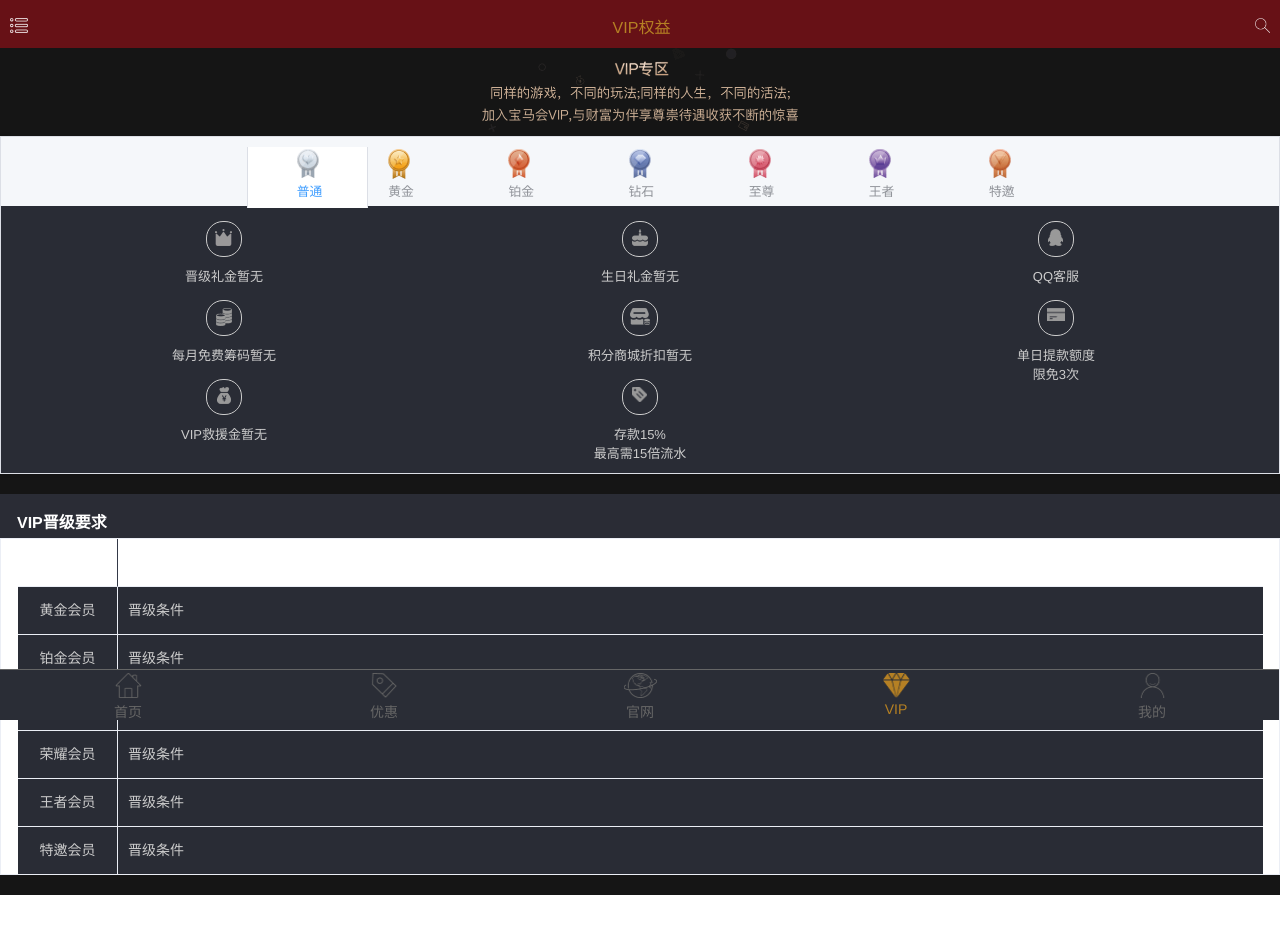
Repository: ada6688/IntegralMall
Page: /Vip
The author's editor kept a copy of each file at every save. The page is drawn from the files as they stood at one save, then again after the next save.
The browser window is 1280 px wide. The pictures show the whole page.
The project was rebuilt for these pictures with package versions that can differ from the ones it lists, and the page was loaded fresh each time. Also part of the build but not shown: src/components/common/Topnav.vue, src/components/page/notice.vue, src/components/page/MainNav.vue, src/components/page/Member.vue, src/components/page/Youhui.vue, src/router/index.js.

Above is the page before, as saved 2020-01-02 17:57:30.

### index.html
<!DOCTYPE html>
<html>
  <head>
    <meta charset="utf-8">
    <meta name="viewport" content="width=device-width,initial-scale=1.0">
    <title>integralmall</title>
  </head>
  <body>
    <div id="app"></div>
    <!-- built files will be auto injected -->
  </body>
</html>

### src/main.js
// The Vue build version to load with the `import` command
// (runtime-only or standalone) has been set in webpack.base.conf with an alias.
import Vue from 'vue'
import App from './App'
import router from './router'
import ElementUI from 'element-ui'
import 'element-ui/lib/theme-chalk/index.css'
import {Cell, CellGroup, Tabbar, TabbarItem, PullRefresh, Stepper, Tab, Tabs, Button, Row, Col, Swipe, SwipeItem, Lazyload, List, Field, NavBar} from 'vant'
import '../src/assets/css/common.css'
import '../src/assets/css/index.css'
import 'swiper/dist/css/swiper.css'
import VueAwesomeSwiper from 'vue-awesome-swiper'
// import BScroll from 'better-scroll'

// Vue.use(BScroll)
Vue.use(VueAwesomeSwiper)
Vue.use(ElementUI)
Vue.use(Cell).use(CellGroup).use(Tabbar).use(TabbarItem).use(Stepper).use(PullRefresh).use(Tab).use(Tabs).use(Field).use(NavBar).use(Button).use(Row).use(Col).use(Swipe).use(SwipeItem).use(Lazyload).use(List)

Vue.config.productionTip = false

/* eslint-disable no-new */
new Vue({
  el: '#app',
  router,
  components: {
    App
  },
  template: '<App/>'
})
// router.beforeEach((to, from, next) => {
//   console.log(to.meta.title)
//   if (to.meta.title) {
//     document.getElementById('top-logo-change').innerHTML = to.meta.title
//     // document.title = to.meta.title
//   }
//   next()
// })

### src/assets/css/common.css
body,p,ul{
  margin: 0;
  padding: 0;
}
li{
  list-style: none;
}
/* 顶部栏 */
.top-nav{
  width: 100%;
  height: 3rem;
  line-height: 3.5rem;
  background-color: #671116;
  position: fixed;
  top: 0;
  z-index: 99;
}
.top-nav > div{
  display: inline-block;
  height: 100%;
}
.top-nav-left{
  float: left;
  margin-left: 10px;
}
.top-nav-right{
  float: right;
  margin-right: 10px;
}
.banner-item > img{
  width: 100%;
}
.swiper-container{
  height: 7.28rem;
}
.top-nav-t{
  color: #B58024;
}
.main-wrap{
  margin-top: 3rem;
  margin-bottom: 2.3rem;
  background: #151515;
}
/* 公告 */
.Notice-sign{
  width: 2rem;
  height: 100%;
  background: url('../images/topnav/lb.png') center no-repeat;
  float: left;
  box-shadow: 1px 0px 5px rgba(0,0,0,0.8);
}
.Notice-textBox {
  width: 100%;
  height: 1.3rem;
  line-height: 1.3rem;
  font-size: .5rem;
  color: #999999;
  background: #2A2D36;
  overflow: hidden;
  position: relative;
  text-align: left;
  z-index: 9;
}
.Notice-text {
  width: 100%;
  padding-left: 42px;
  position: absolute;
  bottom: 0;
}
.slide-enter-active, .slide-leave-active {
  transition: all 0.5s linear;
}
.slide-enter{
  transform: translateY(20px) scale(1);
  opacity: 1;
}
.slide-leave-to {
  transform: translateY(-20px) scale(0.8);
  opacity: 0;
}
/* 底部导航 */
.bottom-tab{
  width:100%;
  height:3.125rem;
  background-color:#2A2D36;
  border-top: 1px solid #656666;
  position: fixed;
  left:0px;
  bottom:0px;
}
.tab-item{
  width: 20%;
  float: left;
  align-items:center;
  justify-content:center;
  font-size:14px;
  color:#666;
  z-index: 999;
}
.NavSigh{
    width:33px;
    margin-top:3px;
}
.on{
  color:#b58023;
}

### src/assets/css/index.css
/****************** 首页商品 *****************/
.products-item{
  width: 45.9%;
  height: 100px;
  padding-right: 3.9%;
  border-right: 1px solid #161616;
  border-bottom: 1px solid #161616;
  background: #292C35;
  float: left;
}
.products-item-even{
  width: 45.9%;
  height: 100px;
  border-bottom: 1px solid #161616;
  background: #292C35;
  padding-left: 3.9%;
  float: left;
}
.product-item-text{
  width: 50%;
  height: 70px;
  color: #ffffff;
  margin-top: 15px;
  float: left;
  text-align: left;
}
.product-item-text p{
  height: 43px;
  font-size: 15px;
  margin-bottom: 5px;
  display: -webkit-box;/*作为弹性伸缩盒子模型显示*/
  -webkit-line-clamp: 2; /*显示的行数；如果要设置2行加...则设置为2*/
  overflow: hidden; /*超出的文本隐藏*/
  text-overflow: ellipsis; /* 溢出用省略号*/
  -webkit-box-orient: vertical;
}
.product-item-text span{
  color: #B58024;
  font-size: 13px;
}
.product-item-img{
  width: 50%;
  height: 100px;
  display: table-cell;
  vertical-align: middle;
  /* float: left; */
}
.product-item-img img{
  max-width: 100%;
}
/******************* VIP *******************/
.level-welfare-wrap, .level-require-wrap{
  padding-bottom: 20px;
}
.VipTop-level-sign{
  display: inline-block;
}
.VipTop-level-text{
  position: absolute;
  bottom: -5px;
}
.vip-level-wrap ul li{
  float: left;
  width: 33.33%;
  height: 79px;
}
.vip-level-wrap ul div{
  width: 34px;
  height: 34px;
  border: 1px solid #CCCCCC;
  border-radius: 17px;
  margin-bottom: 9px;
  display: inline-block;
  vertical-align: middle;
}
.vip-level-wrap ul img{
  margin-top: 7px;
}
.vip-level-wrap ul li>p{
  color: #CCCCCC;
  font-size: 13px;
}
.Vip-level-T{
  color: #ffffff;
  font-size: 16px;
  font-weight: bold;
  text-align: left;
  padding: 15px 0 5px 17px;
  background: #2A2C35;
}

### src/components/common/Bottomnav.vue
<template>
  <div>
    <div class="bottom-tab">
      <div class="tab-item" @click="switchTo('/shouye')">
        <img class="NavSigh" :src="'/shouye' === $route.path ? tabBarImgArr[0].selected : tabBarImgArr[0].normal" alt="首页">
        <p :class="{on: '/shouye' === $route.path}">首页</p>
      </div>
      <div class="tab-item" @click="switchTo('/Youhui')">
        <img class="NavSigh" :src="'/Youhui' === $route.path ? tabBarImgArr[1].selected : tabBarImgArr[1].normal" alt="推荐">
        <p :class="{on: '/Youhui' === $route.path}">优惠</p>
      </div>
      <div class="tab-item">
        <img class="NavSigh" :src="'/' === $route.path ? tabBarImgArr[2].selected : tabBarImgArr[2].normal" alt="搜索">
        <p :class="{on: '/' === $route.path}">官网</p>
      </div>
      <div class="tab-item" @click="switchTo('/Vip')">
        <img class="NavSigh" :src="'/Vip' === $route.path ? tabBarImgArr[3].selected : tabBarImgArr[3].normal" alt="聊天">
        <p :class="{on: '/Vip' === $route.path}">VIP</p>
      </div>
      <div class="tab-item" @click="switchTo('/Member')">
        <img class="NavSigh" :src="'/Member' === $route.path ? tabBarImgArr[4].selected : tabBarImgArr[4].normal" alt="我的">
        <p :class="{on: '/Member' === $route.path}">我的</p>
      </div>
    </div>
  </div>
</template>
<script>
export default {
  data () {
    return {
      tabBarImgArr: [
        {normal: require('../../assets/images/navLogo/sy_x.png'), selected: require('../../assets/images/navLogo/sy.png')},
        {normal: require('../../assets/images/navLogo/yh_x.png'), selected: require('../../assets/images/navLogo/yh.png')},
        {normal: require('../../assets/images/navLogo/gw_x.png'), selected: require('../../assets/images/navLogo/gw.png')},
        {normal: require('../../assets/images/navLogo/zs_x.png'), selected: require('../../assets/images/navLogo/zs.png')},
        {normal: require('../../assets/images/navLogo/wd_x.png'), selected: require('../../assets/images/navLogo/wd.png')}
      ]
    }
  },
  methods: {
    switchTo (path) {
      this.$router.replace(path)
    }
  }
}
</script>
<style>

</style>

### src/components/page/shouye.vue
<template>
  <div>
      <TopNav></TopNav>
      <div class="main-wrap shouye-contain">
        <!-- banner -->
        <swiper :options="swiperOption" ref="mySwiper">
          <!-- slides -->
          <swiper-slide>
            <div class="banner-item">
              <img src="../../assets/images/banner/banner2.png" alt="">
            </div>
          </swiper-slide>
          <swiper-slide>
            <div class="banner-item">
              <img src="../../assets/images/banner/banner2_2.png" alt="">
            </div>
          </swiper-slide>
          <swiper-slide>
            <div class="banner-item">
              <img src="../../assets/images/banner/banner2_3.png" alt="">
            </div>
          </swiper-slide>
          <!-- Optional controls -->
          <!-- <div class="swiper-pagination" slot="pagination"></div> -->
          <!-- <div class="swiper-scrollbar index-banner-circle" slot="scrollbar"></div> -->
        </swiper>
        <!-- 滚动公告 -->
        <Notice></Notice>
        <!-- 推荐分类栏 -->
        <div class="recommend-wrap">
          <el-row>
            <el-tabs type="border-card">
              <el-tab-pane label="推荐">
                <div class="products-item">
                  <div class="product-item-text">
                    <p>商品详情商品详情商品详情商品详情商品详</p>
                    <span>72000积分</span>
                  </div>
                  <div class="product-item-img">
                    <img src="../../assets/images/products/bsbb.png" alt="">
                  </div>
                </div>
                <div class="products-item-even">
                  <div class="product-item-text">
                    <p>商品详情商品详情商品详情商品详情商品详</p>
                    <span>72000积分</span>
                  </div>
                  <div class="product-item-img">
                    <img src="../../assets/images/products/kh.png" alt="">
                  </div>
                </div>
                <div class="products-item">
                  <div class="product-item-text">
                    <p>商品详情商品详情商品详情商品详情商品详</p>
                    <span>72000积分</span>
                  </div>
                  <div class="product-item-img">
                    <img src="../../assets/images/products/lsbb.png" alt="">
                  </div>
                </div>
                <div class="products-item-even">
                  <div class="product-item-text">
                    <p>商品详情商品详情商品详情商品详情商品详</p>
                    <span>72000积分</span>
                  </div>
                  <div class="product-item-img">
                    <img src="../../assets/images/products/sb.png" alt="">
                  </div>
                </div>
                <div class="products-item">
                  <div class="product-item-text">
                    <p>商品详情商品详情商品详情商品详情商品详</p>
                    <span>72000积分</span>
                  </div>
                  <div class="product-item-img">
                    <img src="../../assets/images/products/xs.png" alt="">
                  </div>
                </div>
                <div class="products-item-even">
                  <div class="product-item-text">
                    <p>商品详情商品详情商品详情商品详情商品详</p>
                    <span>72000积分</span>
                  </div>
                  <div class="product-item-img">
                    <img src="../../assets/images/products/xsfs.png" alt="">
                  </div>
                </div>
                <div class="products-item">
                  <div class="product-item-text">
                    <p>商品详情商品详情商品详情商品详情商品详</p>
                    <span>72000积分</span>
                  </div>
                  <div class="product-item-img">
                    <img src="../../assets/images/products/yx.png" alt="">
                  </div>
                </div>
                <div class="products-item-even">
                  <div class="product-item-text">
                    <p>商品详情商品详情商品详情商品详情商品详</p>
                    <span>72000积分</span>
                  </div>
                  <div class="product-item-img">
                    <img src="../../assets/images/products/hw.png" alt="">
                  </div>
                </div>
              </el-tab-pane>
              <el-tab-pane label="数码">数码</el-tab-pane>
              <el-tab-pane label="奖金">奖金</el-tab-pane>
              <el-tab-pane label="生活精品">生活精品</el-tab-pane>
              <el-tab-pane label="奢华品">奢华品</el-tab-pane>
            </el-tabs>
          </el-row>
        </div>
      </div>
      <BottomNav></BottomNav>
  </div>
</template>
<script>
// 引用组件
import BottomNav from '@/components/common/Bottomnav'
import TopNav from '@/components/common/Topnav'
import Notice from '@/components/page/Notice'
import {swiper, swiperSlide} from 'vue-awesome-swiper'

export default {
  name: 'App',
  components: {
    BottomNav,
    TopNav,
    swiper,
    swiperSlide,
    Notice
  },
  data () {
    return {
      swiperOption: {
        scrollbar: {
          el: '.swiper-scrollbar'
        },
        slidesPerView: 1,
        autoplay: {
          delay: 5000,
          disableOnInteraction: false
        },
        loop: true
      }
    }
  }
}
</script>
<style>
.swiper-container{
  height: 100%;
  margin-bottom: -4px;
}
.el-tabs__nav-wrap{
  width: 100%
}
/* .el-tabs__item{
  padding: 0 5.26%;
} */
.el-tabs--border-card{
  border: 0;
}
.el-tabs--border-card>.el-tabs__header .el-tabs__item{
  border: 0
}
.el-tabs--border-card>.el-tabs__header{
  padding: 10px 15px 0;
  background: #151515
}
.el-tabs--border-card>.el-tabs__header .el-tabs__item:not(.is-disabled):hover{
  color: #ffffff;
}
.el-tabs--border-card>.el-tabs__header .el-tabs__item.is-active{
  height: 39px;
  color: #ffffff;
  background: #292C35;
}
.el-tabs--border-card>.el-tabs__header .el-tabs__item{
  color: #666666;
}
.el-tabs__nav-wrap.is-scrollable{
  padding: 0 20px;
  box-sizing: border-box;
}
.el-tabs--border-card{
  box-shadow: 0 0 0 0 rgb(0, 0, 0, 0)
}
.el-tabs--border-card>.el-tabs__content {
  margin-top: -2px;
  background: #292C35;
}

</style>

### src/components/page/Vip.vue
<template>
  <div>
    <TopnavC></TopnavC>
    <div class="main-wrap VIP-contain">
      <div>
        <img src="../../assets/images/VIP/VIP-T.png" alt="">
      </div>
      <div class="level-welfare-wrap">
        <el-row>
          <el-tabs type="border-card">
            <el-tab-pane label="普通">
              <span slot="label"><img class="VipTop-level-sign" src="../../assets/images/VIP/pt.png" alt=""> <p class="VipTop-level-text">普通</p></span>
              <div class="vip-level-wrap">
                <ul>
                  <li>
                    <div>
                      <img src="../../assets/images/VIP/hg.png" alt="">
                    </div>
                    <p>晋级礼金暂无</p>
                  </li>
                  <li>
                    <div>
                      <img src="../../assets/images/VIP/dg.png" alt="">
                    </div>
                    <p>生日礼金暂无</p>
                  </li>
                  <li>
                    <div>
                      <img src="../../assets/images/VIP/QQ.png" alt="">
                    </div>
                    <p>QQ客服</p>
                  </li>
                </ul>
                <ul>
                  <li>
                    <div>
                      <img src="../../assets/images/VIP/jb.png" alt="">
                    </div>
                    <p>每月免费筹码暂无</p>
                  </li>
                  <li>
                    <div>
                      <img src="../../assets/images/VIP/sc.png" alt="">
                    </div>
                    <p>积分商城折扣暂无</p>
                  </li>
                  <li>
                    <div>
                      <img src="../../assets/images/VIP/yhk.png" alt="">
                    </div>
                    <p>单日提款额度<br>限免3次</p>
                  </li>
                </ul>
                <ul>
                  <li>
                    <div>
                      <img src="../../assets/images/VIP/qd.png" alt="">
                    </div>
                    <p>VIP救援金暂无</p>
                  </li>
                  <li>
                    <div>
                      <img src="../../assets/images/VIP/yhbq.png" alt="">
                    </div>
                    <p>存款15%<br>最高需15倍流水</p>
                  </li>
                </ul>
              </div>
            </el-tab-pane>
            <el-tab-pane label="黄金">
              <span slot="label"><img class="VipTop-level-sign" src="../../assets/images/VIP/hj.png" alt=""> <p class="VipTop-level-text">黄金</p></span>
            </el-tab-pane>
            <el-tab-pane label="铂金">
              <span slot="label"><img class="VipTop-level-sign" src="../../assets/images/VIP/bj.png" alt=""> <p class="VipTop-level-text">铂金</p></span>
            </el-tab-pane>
            <el-tab-pane label="钻石">
              <span slot="label"><img class="VipTop-level-sign" src="../../assets/images/VIP/zs.png" alt=""> <p class="VipTop-level-text">钻石</p></span>
            </el-tab-pane>
            <el-tab-pane label="至尊">
              <span slot="label"><img class="VipTop-level-sign" src="../../assets/images/VIP/zz.png" alt=""> <p class="VipTop-level-text">至尊</p></span>
            </el-tab-pane>
            <el-tab-pane label="王者">
              <span slot="label"><img class="VipTop-level-sign" src="../../assets/images/VIP/wz.png" alt=""> <p class="VipTop-level-text">王者</p></span>
            </el-tab-pane>
            <el-tab-pane label="特邀">
              <span slot="label"><img class="VipTop-level-sign" src="../../assets/images/VIP/ty.png" alt=""> <p class="VipTop-level-text">特邀</p></span>
            </el-tab-pane>
          </el-tabs>
        </el-row>
      </div>
      <div class="level-require-wrap">
        <p class="Vip-level-T">VIP晋级要求</p>
        <el-table
          :data="tableData"
          border
          style="width: 100%">
          <el-table-column
            prop="level"
            label="会员等级"
            width="100%">
          </el-table-column>
          <el-table-column
            prop="detail"
            label="晋级条件">
          </el-table-column>
        </el-table>
      </div>
    </div>
    <Bottomnav></Bottomnav>
  </div>
</template>
<script>
import TopnavC from '@/components/common/Topnav-c'
import Bottomnav from '@/components/common/Bottomnav'

export default {
  name: 'App',
  components: {
    TopnavC,
    Bottomnav
  },
  data () {
    return {
      tableData: [{
        level: '黄金会员',
        detail: '晋级条件'
      }, {
        level: '铂金会员',
        detail: '晋级条件'
      }, {
        level: '钻石会员',
        detail: '晋级条件'
      }, {
        level: '荣耀会员',
        detail: '晋级条件'
      }, {
        level: '王者会员',
        detail: '晋级条件'
      }, {
        level: '特邀会员',
        detail: '晋级条件'
      }]
    }
  }
}
</script>
<style>
.el-table{
  padding: 0 17px 0 17px
}
.el-table td, .el-table th.is-leaf,.el-table--border, .el-table--group{
  border-color: #343947;
  background: #292C35;
  color: #cccccc
}
.el-table th{
  font-weight: normal;
  text-align: center;
  color: #ffffff !important;
}
.el-table td:first-child{
  text-align: center
}
.el-tabs__nav,.el-tabs__nav-wrap{
  width: 100%
}

.el-tabs--border-card{
  border: 0;
}
.el-tabs--border-card>.el-tabs__header .el-tabs__item{
  border: 0;
  font-size: .8rem;
}
.el-tabs--border-card>.el-tabs__header{
  padding: 10px 3.65% 0;
  background: #151515
}
.el-tabs--border-card>.el-tabs__header .el-tabs__item:not(.is-disabled):hover{
  color: #ffffff;
}
.el-tabs--border-card>.el-tabs__header .el-tabs__item.is-active{
  height: 39px;
  color: #ffffff;
  background: #292C35;
}
.el-tabs--border-card>.el-tabs__header .el-tabs__item{
  color: #666666;
}
.el-tabs__nav-wrap.is-scrollable{
  padding: 0 20px;
  box-sizing: border-box;
}
.el-tabs--border-card{
  box-shadow: 0 0 0 0 rgb(0, 0, 0, 0)
}
.el-tabs--border-card>.el-tabs__content {
  margin-top: -2px;
  background: #292C35;
}
.el-tabs--border-card>.el-tabs__header .el-tabs__item,.el-tabs--top.el-tabs--border-card>.el-tabs__header .el-tabs__item:nth-child(2),.el-tabs--top.el-tabs--border-card>.el-tabs__header .el-tabs__item:last-child{
  padding: 2px 4.1% 0;
  height: 62px;
  vertical-align: bottom;
}
@media screen and (max-width: 360px) {
  .el-tabs--border-card>.el-tabs__header .el-tabs__item,.el-tabs--top.el-tabs--border-card>.el-tabs__header .el-tabs__item:nth-child(2),.el-tabs--top.el-tabs--border-card>.el-tabs__header .el-tabs__item:last-child{
  padding: 2px 3.5% 0;
  height: 62px;
  vertical-align: bottom;
}
}
.el-tabs--border-card>.el-tabs__header .el-tabs__item.is-active{
  height: 62px;
}
</style>

### src/components/common/Topnav-c.vue
<template>
  <div>
    <div class="top-nav">
      <div class="top-nav-left">
        <img src="../../assets/images/topnav/cd.png" alt="菜单">
      </div>
      <div class="top-nav-t">
        <p>VIP权益</p>
      </div>
      <div class="top-nav-right">
        <img src="../../assets/images/topnav/ss.png" alt="搜索">
      </div>
    </div>
  </div>
</template>
<script>
export default {
  data () {
    return {
      tabBarImgArr: [
        {normal: require('../../assets/images/topnav/logo.png')},
        {normal: require('../../assets/images/topnav/ss.png')},
        {normal: require('../../assets/images/topnav/cd.png')}
      ]
    }
  }
}
</script>
<style>

</style>

Loaded but not shown: src/App.vue (common file)

After the next save:
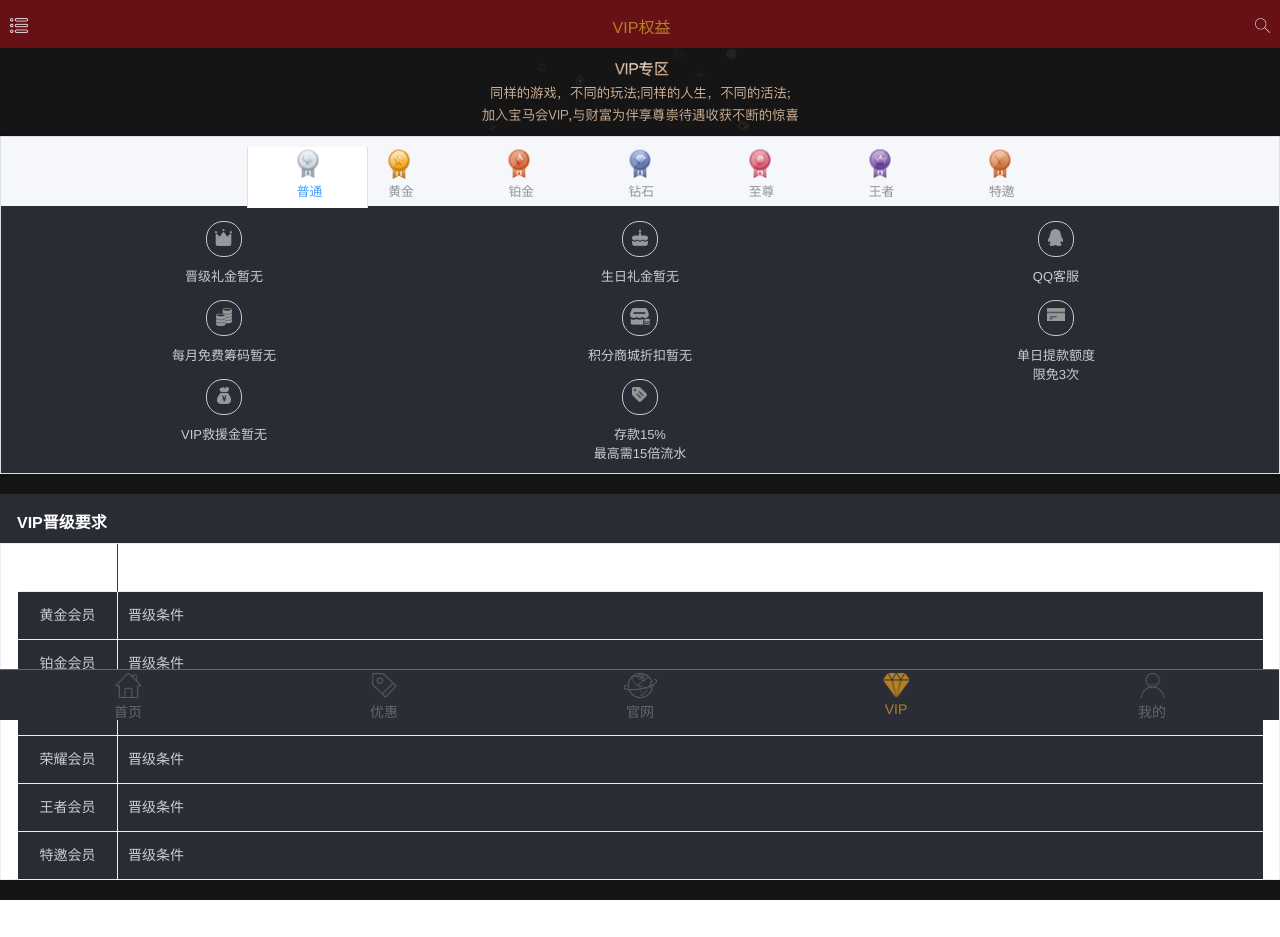
Saved 8 s later.
--- a/src/assets/css/index.css
+++ b/src/assets/css/index.css
@@ -85,6 +85,6 @@
   font-size: 16px;
   font-weight: bold;
   text-align: left;
-  padding: 15px 0 5px 17px;
+  padding: 15px 0 10px 17px;
   background: #2A2C35;
 }
